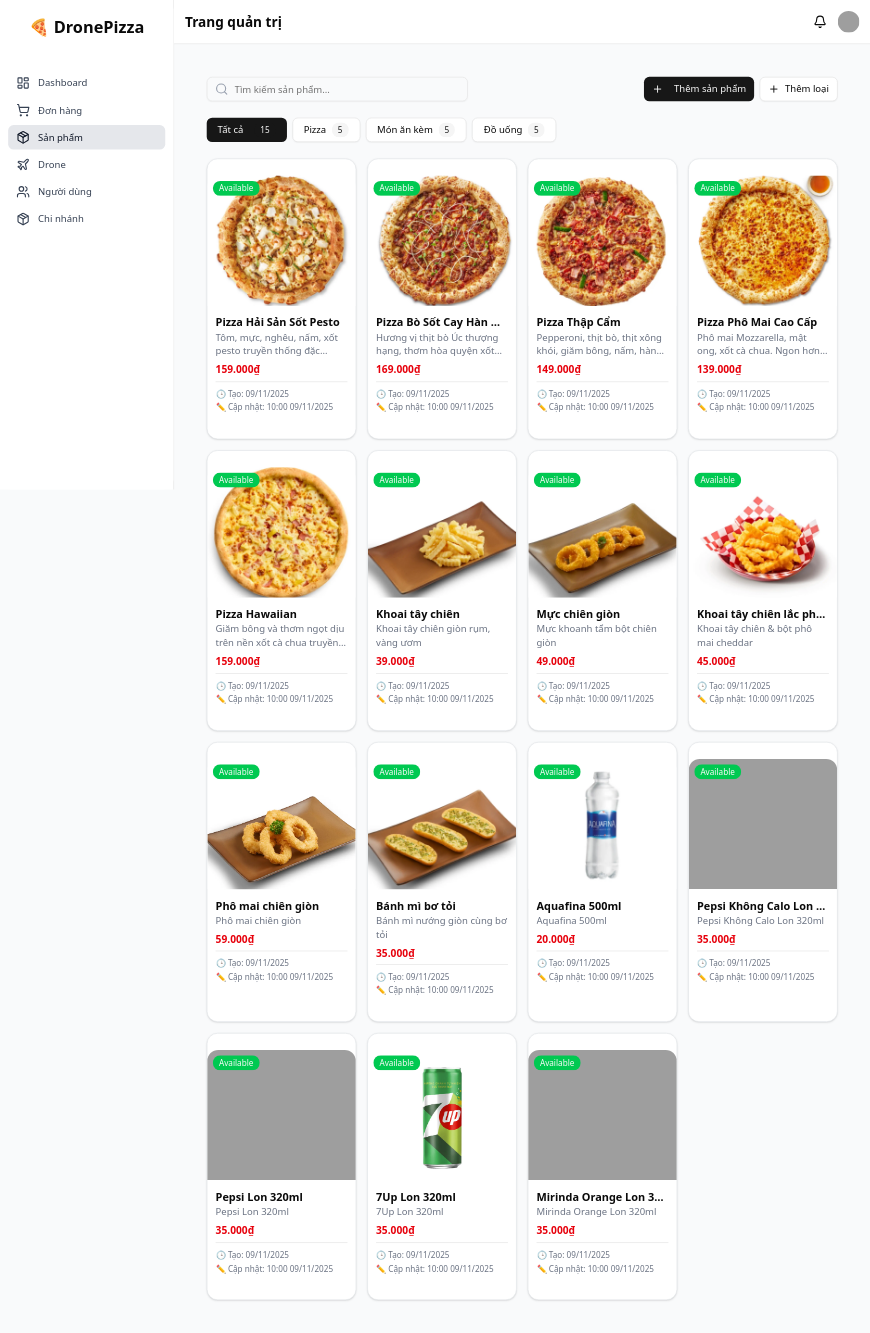
Repository: SkyWindd/project_fs
Page: /admin/products (app in web/)
The author's editor kept a copy of each file at every save. The page is drawn from the files as they stood at one save, then again after the next save.
The browser window is 1280 px wide. The pictures show the whole page, at 68% of full size.
Pictures or frames that could not be fetched are drawn as grey boxes. The page's requests for data from a server got no answer. Some web fonts or font styles are not loaded; a fallback is used. The project was rebuilt for these pictures with package versions that can differ from the ones it lists, and the page was loaded fresh each time. No one was signed in, and anything a server would have sent is missing. Also part of the build but not shown: web/vite.config.ts, web/src/hooks/useResponsive.ts, web/src/components/Location/MapPicker.tsx, web/src/components/Location/LocationSelector.tsx, web/src/components/Cart/CartItemCard.tsx, web/src/components/Cart/CartDrawer.tsx, web/src/components/Header/CartIcon.tsx, web/src/components/ui/dropdown-menu.tsx and 58 more. Imported but missing from the stored project, and not drawn on this page: web/src/components/ui/radio-group, web/src/components/ui/textarea.

Above is the page before, as saved 2025-12-08 03:47:19.

### web/src/main.tsx
import React from 'react'
import ReactDOM from 'react-dom/client'
import App from './App'
import './index.css'
import { CartProvider } from "./context/CartContext"
ReactDOM.createRoot(document.getElementById('root')!).render(
  <React.StrictMode>
      <CartProvider>
    <App />
    </CartProvider>
  </React.StrictMode>,
)

### web/src/App.tsx
import { RouterProvider } from "react-router-dom"
import { router } from "./router"
import { LocationProvider } from "./context/LocationContext"
import { Toaster } from "sonner"
import { AuthProvider } from "./context/AuthContext"
import { CategoryProvider } from "./context/CategoryContext"
import { MenuProvider } from "./context/MenuContext"
import { StoreProvider } from "./context/StoreContext"
import { StoreMenuProvider } from "./context/StoreMenuContext"
export default function App() {
  return (
    <>
      {/* Toast toàn app */}
      <Toaster
        position="top-center"
        richColors
        expand
        style={{ zIndex: 99999 }}
      />

      {/* ⭐ Bao toàn bộ Router bằng tất cả Provider cần thiết */}
      <AuthProvider>
        <LocationProvider>
          <CategoryProvider>
             <MenuProvider>
                <StoreProvider>
                  <StoreMenuProvider>
                  <RouterProvider router={router} />
                  </StoreMenuProvider>
                </StoreProvider>
             </MenuProvider>
          </CategoryProvider>
        </LocationProvider>
      </AuthProvider>
    </>
  )
}

### web/src/context/CategoryContext.tsx
import { createContext, useContext, useEffect, useState } from "react";
import type { ReactNode } from "react";
import { fetchCategories } from "../lib/api";

// 1️⃣ Định nghĩa kiểu Category từ DB
export interface Category {
  category_id: number;
  category_name: string;
}

// 2️⃣ Kiểu dữ liệu trong context
interface CategoryContextType {
  categories: Category[];
  loading: boolean;
}

// 3️⃣ Context với default value
const CategoryContext = createContext<CategoryContextType>({
  categories: [],
  loading: true,
});

// 4️⃣ Định nghĩa props provider
interface CategoryProviderProps {
  children: ReactNode;
}

export function CategoryProvider({ children }: CategoryProviderProps) {
  const [categories, setCategories] = useState<Category[]>([]);
  const [loading, setLoading] = useState(true);

  useEffect(() => {
    fetchCategories()
      .then((data) => {
        setCategories(data);      // ⭐ Data đã có đúng category_id, category_name
        setLoading(false);
      })
      .catch(() => {
        setCategories([]);
        setLoading(false);
      });
  }, []);

  return (
    <CategoryContext.Provider value={{ categories, loading }}>
      {children}
    </CategoryContext.Provider>
  );
}

// 5️⃣ Custom hook
export function useCategories() {
  return useContext(CategoryContext);
}

### web/src/context/MenuContext.tsx
import { createContext, useContext, useEffect, useState } from "react";
import type { ReactNode } from "react";
import { fetchMenuItems } from "../lib/api";

interface MenuContextType {
  menuItems: any[];
  loading: boolean;
}

const MenuContext = createContext<MenuContextType>({
  menuItems: [],
  loading: true,
});

interface MenuProviderProps {
  children: ReactNode;
}

export function MenuProvider({ children }: MenuProviderProps) {
  const [menuItems, setMenuItems] = useState<any[]>([]);
  const [loading, setLoading] = useState(true);

  useEffect(() => {
    fetchMenuItems().then((data) => {
      setMenuItems(data);
      setLoading(false);
    });
  }, []);

  return (
    <MenuContext.Provider value={{ menuItems, loading }}>
      {children}
    </MenuContext.Provider>
  );
}

export function useMenu() {
  return useContext(MenuContext);
}

### web/src/context/StoreMenuContext.tsx
import { createContext, useContext, useEffect, useState } from "react";
import { useStore } from "./StoreContext";
import { fetchStoreMenu } from "../lib/api";

interface StoreMenuContextType {
  storeMenu: any[];
  loading: boolean;
}

const StoreMenuContext = createContext<StoreMenuContextType>({
  storeMenu: [],
  loading: true,
});

interface StoreMenuProviderProps {
  children: React.ReactNode;
}

export function StoreMenuProvider({ children }: StoreMenuProviderProps) {
  const { selectedStore } = useStore();
  const [storeMenu, setStoreMenu] = useState<any[]>([]);
  const [loading, setLoading] = useState(false);

  useEffect(() => {
    if (!selectedStore) return;

    setLoading(true);

    fetchStoreMenu(selectedStore.store_id)
      .then((data) => setStoreMenu(data))
      .finally(() => setLoading(false));
  }, [selectedStore]);

  return (
    <StoreMenuContext.Provider value={{ storeMenu, loading }}>
      {children}
    </StoreMenuContext.Provider>
  );
}

export const useStoreMenu = () => useContext(StoreMenuContext);

### web/src/layout/AdminLayout.tsx
import React from "react";
import { Outlet } from "react-router-dom";
import { Bell } from "lucide-react";
import { Sidebar } from "../components/Admin/Sidebar";
import { Avatar, AvatarFallback, AvatarImage } from "../components/ui/avatar";

interface AdminLayoutProps {
  children?: React.ReactNode; // Cho phép truyền children khi không dùng Outlet
}

export default function AdminLayout({ children }: AdminLayoutProps) {
  return (
    <div className="flex min-h-screen bg-gray-50">
      {/* Sidebar */}
      <Sidebar />

      {/* Main content area */}
      <div className="flex-1 flex flex-col">
        {/* Header */}
        <header className="flex items-center justify-between bg-white border-b p-4">
          <h1 className="text-xl font-semibold">Trang quản trị</h1>

          <div className="flex items-center gap-4">
            <Bell className="w-5 h-5 cursor-pointer" />
            <Avatar>
              <AvatarImage src="https://randomuser.me/api/portraits/women/65.jpg" />
              <AvatarFallback>AD</AvatarFallback>
            </Avatar>
          </div>
        </header>

        {/* Page content */}
        <main className="flex-1 p-6">
          {/* Nếu dùng React Router => Outlet chạy */}
          <Outlet />

          {/* Nếu import AdminLayout như wrapper => children chạy */}
          {children}
        </main>
      </div>
    </div>
  );
}

### web/src/pages/Product.tsx
import { useEffect, useState } from "react";
import { Button } from "../components/ui/button";
import { Input } from "../components/ui/input";
import { Badge } from "../components/ui/badge";
import ProductCard from "../components/ProductAdmin/ProductCard";
import ProductDialog from "../components/ProductAdmin/ProductDialog";
import AddCategoryDialog from "../components/ProductAdmin/AddCategory"; // Đảm bảo import AddCategoryDialog

import { mockMenuItems, mockCategories } from "../../mock/mockData";
import type { MenuItem, Category } from "../../mock/mockData";

import { Plus, Search } from "lucide-react";

export default function Products() {
  // ===========================
  // STATE
  // ===========================
  const [items, setItems] = useState<MenuItem[]>(mockMenuItems);
  const [searchTerm, setSearchTerm] = useState<string>("");

  // 👉 categories có LocalStorage
  const [categories, setCategories] = useState<Category[]>(() => {
    const saved = localStorage.getItem("categories");
    return saved ? JSON.parse(saved) : mockCategories;
  });

  const [filter, setFilter] = useState<number | "all">("all");
  const [editingItem, setEditingItem] = useState<MenuItem | null>(null);
  const [isDialogOpen, setIsDialogOpen] = useState<boolean>(false);

  // Dialog thêm loại
  const [isCategoryDialogOpen, setIsCategoryDialogOpen] = useState<boolean>(false);

  // Lưu category vào localStorage khi thay đổi
  useEffect(() => {
    localStorage.setItem("categories", JSON.stringify(categories));
  }, [categories]);

  // ===========================
  // FILTER + SEARCH
  // ===========================
  const filtered = items.filter((i) => {
    const matchName = i.name.toLowerCase().includes(searchTerm.toLowerCase());
    const matchCategory = filter === "all" || i.category_id === filter;
    return matchName && matchCategory;
  });

  // Đếm từng loại
  const countByCategory = Object.fromEntries(
    categories.map((cat) => [
      cat.category_id,
      items.filter((i) => i.category_id === cat.category_id).length,
    ])
  );

  // ===========================
  // CRUD SẢN PHẨM
  // ===========================
  const handleAdd = (data: MenuItem) => {
    setItems([
      ...items,
      {
        ...data,
        item_id: Date.now(),
        created_at: new Date().toISOString(),
        updated_at: new Date().toISOString(),
      },
    ]);
  };

  const handleEdit = (updated: MenuItem) => {
    setItems(items.map((i) => (i.item_id === updated.item_id ? updated : i)));
  };

  const handleDelete = (id: number) => {
    setItems(items.filter((i) => i.item_id !== id));
  };

  const toggleVisible = (id: number) => {
    setItems(
      items.map((i) =>
        i.item_id === id ? { ...i, is_available: !i.is_available } : i
      )
    );
  };

  // ===========================
  // CRUD LOẠI SẢN PHẨM
  // ===========================
  const handleAddCategory = (cat: Category) => {
    setCategories([...categories, cat]);
  };

  // ===========================
  // RENDER
  // ===========================
  return (
    <div className="p-6">

      {/* =================== Thanh tìm kiếm + thêm =================== */}
      <div className="flex flex-col sm:flex-row justify-between items-center mb-6 gap-3">

        {/* Ô tìm kiếm */}
        <div className="relative w-full sm:max-w-sm">
          <Search className="absolute left-3 top-1/2 -translate-y-1/2 text-gray-400 w-5 h-5" />
          <Input
            placeholder="Tìm kiếm sản phẩm..."
            value={searchTerm}
            onChange={(e) => setSearchTerm(e.target.value)}
            className="pl-10 pr-4"
          />
        </div>

        {/* Nút thêm */}
        <div className="flex gap-2">
          <Button
            onClick={() => {
              setEditingItem(null);
              setIsDialogOpen(true);
            }}
          >
            <Plus className="h-4 w-4 mr-2" /> Thêm sản phẩm
          </Button>

          {/* Nút thêm loại */}
          <Button
            variant="outline"
            onClick={() => setIsCategoryDialogOpen(true)}
            className="flex items-center gap-2"
          >
            <Plus className="h-4 w-4" /> Thêm loại
          </Button>
        </div>
      </div>

      {/* =================== Bộ lọc loại =================== */}
      <div className="flex flex-wrap gap-2 mb-6">
        <Button
          variant={filter === "all" ? "default" : "outline"}
          onClick={() => setFilter("all")}
        >
          Tất cả
          <Badge className="ml-2">{items.length}</Badge>
        </Button>

        {categories.map((cat) => (
          <Button
            key={cat.category_id}
            variant={filter === cat.category_id ? "default" : "outline"}
            onClick={() => setFilter(cat.category_id)}
            className="flex items-center gap-2"
          >
            {cat.category_name}
            <Badge variant="secondary">
              {countByCategory[cat.category_id] ?? 0}
            </Badge>
          </Button>
        ))}
      </div>

      {/* =================== Lưới sản phẩm =================== */}
      <div className="grid grid-cols-1 sm:grid-cols-2 md:grid-cols-3 xl:grid-cols-4 gap-4">
        {filtered.map((item) => (
          <ProductCard
            key={item.item_id}
            item={item}
            onEdit={() => {
              setEditingItem(item);
              setIsDialogOpen(true);
            }}
            onDelete={() => handleDelete(item.item_id)}
            onToggleVisible={() => toggleVisible(item.item_id)}
          />
        ))}
      </div>

      {/* ... phần trên giữ nguyên */}

      <ProductDialog
        open={isDialogOpen}
        onOpenChange={setIsDialogOpen}
        item={editingItem}
        onSave={editingItem ? handleEdit : handleAdd}
        categories={categories} // Truyền đúng prop
        onOpenAddCategory={() => setIsCategoryDialogOpen(true)}
      />

      {/* =================== Dialog Thêm loại =================== */}
      <AddCategoryDialog
        open={isCategoryDialogOpen}
        onOpenChange={setIsCategoryDialogOpen}
        onSave={handleAddCategory}
      />

    </div>
  );
}

### web/src/components/ui/avatar.tsx
import * as React from "react"
import * as AvatarPrimitive from "@radix-ui/react-avatar"

import { cn } from "../../lib/utils"

function Avatar({
  className,
  ...props
}: React.ComponentProps<typeof AvatarPrimitive.Root>) {
  return (
    <AvatarPrimitive.Root
      data-slot="avatar"
      className={cn(
        "relative flex size-8 shrink-0 overflow-hidden rounded-full",
        className
      )}
      {...props}
    />
  )
}

function AvatarImage({
  className,
  ...props
}: React.ComponentProps<typeof AvatarPrimitive.Image>) {
  return (
    <AvatarPrimitive.Image
      data-slot="avatar-image"
      className={cn("aspect-square size-full", className)}
      {...props}
    />
  )
}

function AvatarFallback({
  className,
  ...props
}: React.ComponentProps<typeof AvatarPrimitive.Fallback>) {
  return (
    <AvatarPrimitive.Fallback
      data-slot="avatar-fallback"
      className={cn(
        "bg-muted flex size-full items-center justify-center rounded-full",
        className
      )}
      {...props}
    />
  )
}

export { Avatar, AvatarImage, AvatarFallback }

### web/src/components/ui/input.tsx
import * as React from "react"

import { cn } from "../../lib/utils"

function Input({ className, type, ...props }: React.ComponentProps<"input">) {
  return (
    <input
      type={type}
      data-slot="input"
      className={cn(
        "file:text-foreground placeholder:text-muted-foreground selection:bg-primary selection:text-primary-foreground dark:bg-input/30 border-input h-9 w-full min-w-0 rounded-md border bg-transparent px-3 py-1 text-base shadow-xs transition-[color,box-shadow] outline-none file:inline-flex file:h-7 file:border-0 file:bg-transparent file:text-sm file:font-medium disabled:pointer-events-none disabled:cursor-not-allowed disabled:opacity-50 md:text-sm",
        "focus-visible:border-ring focus-visible:ring-ring/50 focus-visible:ring-[3px]",
        "aria-invalid:ring-destructive/20 dark:aria-invalid:ring-destructive/40 aria-invalid:border-destructive",
        className
      )}
      {...props}
    />
  )
}

export { Input }

Loaded but not shown: web/index.html (common file); web/src/lib/utils.ts (common file); web/mock/mockData.ts (526 lines, source omitted); web/src/lib/api.ts (194 lines, source omitted); web/src/index.css (148 lines, source omitted); web/src/components/ui/dialog.tsx (141 lines, source omitted); web/src/components/ProductAdmin/ProductDialog.tsx (143 lines, source omitted); web/src/context/CartContext.tsx (153 lines, source omitted); web/src/context/LocationContext.tsx (124 lines, source omitted); web/src/components/ProductAdmin/ProductCard.tsx (105 lines, source omitted); web/src/context/StoreContext.tsx (90 lines, source omitted); web/src/components/ui/button.tsx (60 lines, source omitted); web/src/components/ui/card.tsx (92 lines, source omitted); web/src/components/Admin/Sidebar.tsx (49 lines, source omitted); web/src/context/AuthContext.tsx (74 lines, source omitted); web/src/components/ui/badge.tsx (51 lines, source omitted); web/src/components/ui/scroll-area.tsx (56 lines, source omitted); web/src/router/index.tsx (59 lines, source omitted)

After the next save:
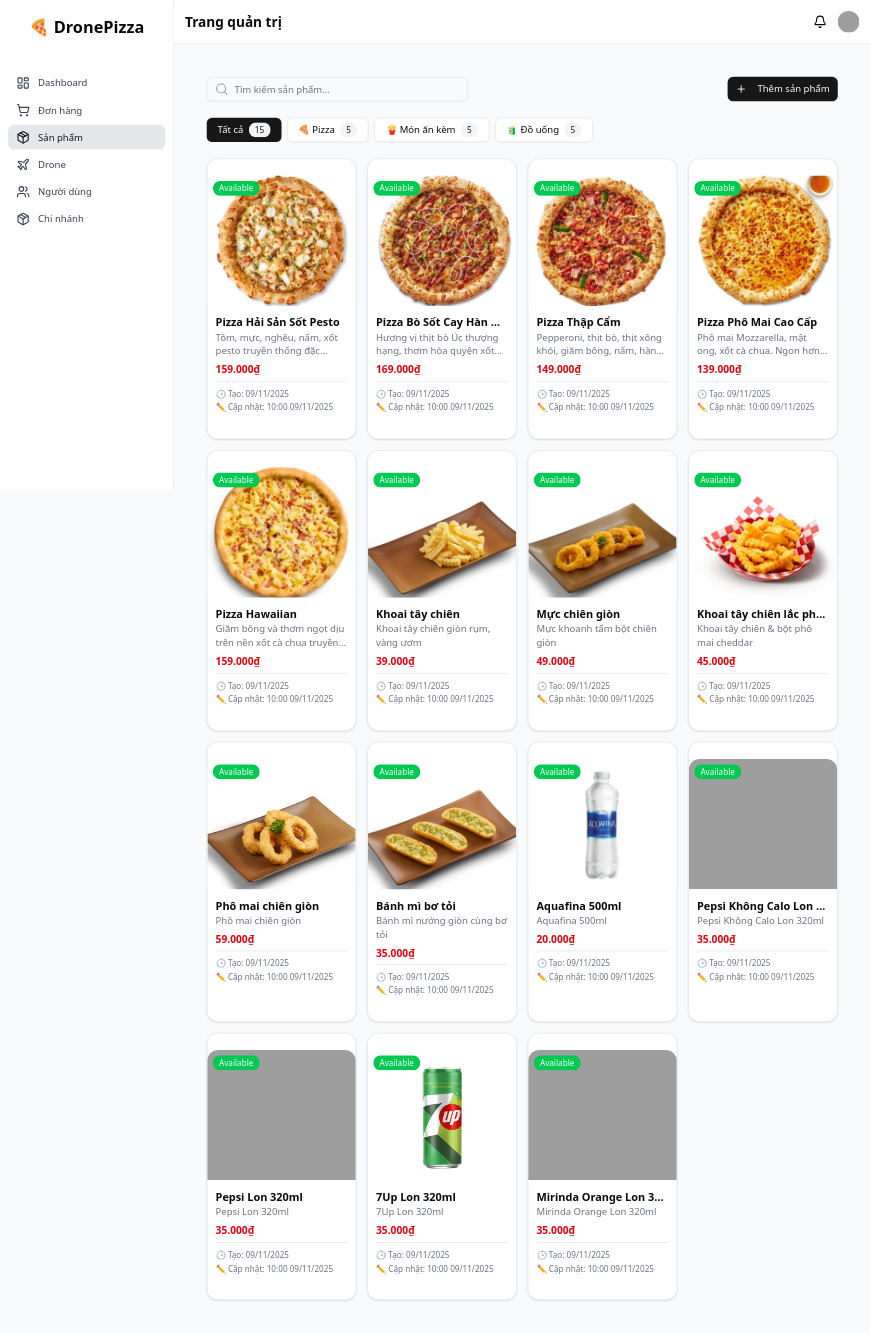
Saved 5 min 52 s later.
--- a/web/src/pages/Product.tsx
+++ b/web/src/pages/Product.tsx
@@ -1,61 +1,36 @@
-import { useEffect, useState } from "react";
+"use client";
+import { useState } from "react";
 import { Button } from "../components/ui/button";
 import { Input } from "../components/ui/input";
 import { Badge } from "../components/ui/badge";
 import ProductCard from "../components/ProductAdmin/ProductCard";
 import ProductDialog from "../components/ProductAdmin/ProductDialog";
-import AddCategoryDialog from "../components/ProductAdmin/AddCategory"; // Đảm bảo import AddCategoryDialog
-
-import { mockMenuItems, mockCategories } from "../../mock/mockData";
-import type { MenuItem, Category } from "../../mock/mockData";
-
+import { mockMenuItems } from "../../mock/mockData";
+import type { MenuItem } from "../../mock/mockData";
 import { Plus, Search } from "lucide-react";
 
 export default function Products() {
-  // ===========================
-  // STATE
-  // ===========================
   const [items, setItems] = useState<MenuItem[]>(mockMenuItems);
   const [searchTerm, setSearchTerm] = useState<string>("");
-
-  // 👉 categories có LocalStorage
-  const [categories, setCategories] = useState<Category[]>(() => {
-    const saved = localStorage.getItem("categories");
-    return saved ? JSON.parse(saved) : mockCategories;
-  });
-
   const [filter, setFilter] = useState<number | "all">("all");
   const [editingItem, setEditingItem] = useState<MenuItem | null>(null);
   const [isDialogOpen, setIsDialogOpen] = useState<boolean>(false);
 
-  // Dialog thêm loại
-  const [isCategoryDialogOpen, setIsCategoryDialogOpen] = useState<boolean>(false);
-
-  // Lưu category vào localStorage khi thay đổi
-  useEffect(() => {
-    localStorage.setItem("categories", JSON.stringify(categories));
-  }, [categories]);
-
-  // ===========================
-  // FILTER + SEARCH
-  // ===========================
+  // 🔍 Tìm kiếm + lọc theo loại
   const filtered = items.filter((i) => {
     const matchName = i.name.toLowerCase().includes(searchTerm.toLowerCase());
     const matchCategory = filter === "all" || i.category_id === filter;
     return matchName && matchCategory;
   });
 
-  // Đếm từng loại
-  const countByCategory = Object.fromEntries(
-    categories.map((cat) => [
-      cat.category_id,
-      items.filter((i) => i.category_id === cat.category_id).length,
-    ])
-  );
+  // Đếm số lượng từng loại
+  const countByCategory = {
+    1: items.filter((i) => i.category_id === 1).length,
+    2: items.filter((i) => i.category_id === 2).length,
+    3: items.filter((i) => i.category_id === 3).length,
+  };
 
-  // ===========================
-  // CRUD SẢN PHẨM
-  // ===========================
+  // ➕ Thêm sản phẩm
   const handleAdd = (data: MenuItem) => {
     setItems([
       ...items,
@@ -68,14 +43,17 @@
     ]);
   };
 
+  // ✏️ Sửa sản phẩm
   const handleEdit = (updated: MenuItem) => {
     setItems(items.map((i) => (i.item_id === updated.item_id ? updated : i)));
   };
 
+  // 🗑️ Xóa sản phẩm
   const handleDelete = (id: number) => {
     setItems(items.filter((i) => i.item_id !== id));
   };
 
+  // 👁️ Ẩn / Hiện sản phẩm
   const toggleVisible = (id: number) => {
     setItems(
       items.map((i) =>
@@ -84,23 +62,10 @@
     );
   };
 
-  // ===========================
-  // CRUD LOẠI SẢN PHẨM
-  // ===========================
-  const handleAddCategory = (cat: Category) => {
-    setCategories([...categories, cat]);
-  };
-
-  // ===========================
-  // RENDER
-  // ===========================
   return (
     <div className="p-6">
-
-      {/* =================== Thanh tìm kiếm + thêm =================== */}
+      {/* Thanh tìm kiếm + nút thêm */}
       <div className="flex flex-col sm:flex-row justify-between items-center mb-6 gap-3">
-
-        {/* Ô tìm kiếm */}
         <div className="relative w-full sm:max-w-sm">
           <Search className="absolute left-3 top-1/2 -translate-y-1/2 text-gray-400 w-5 h-5" />
           <Input
@@ -111,54 +76,42 @@
           />
         </div>
 
-        {/* Nút thêm */}
-        <div className="flex gap-2">
+        <Button
+          onClick={() => {
+            setEditingItem(null);
+            setIsDialogOpen(true);
+          }}
+        >
+          <Plus className="h-4 w-4 mr-2" /> Thêm sản phẩm
+        </Button>
+      </div>
+
+      {/* Bộ lọc loại sản phẩm */}
+      <div className="flex flex-wrap gap-2 mb-6">
+        {[
+          { id: "all", label: "Tất cả", count: items.length },
+          { id: 1, label: "🍕 Pizza", count: countByCategory[1] },
+          { id: 2, label: "🍟 Món ăn kèm", count: countByCategory[2] },
+          { id: 3, label: "🧃 Đồ uống", count: countByCategory[3] },
+        ].map((cat) => (
           <Button
-            onClick={() => {
-              setEditingItem(null);
-              setIsDialogOpen(true);
-            }}
-          >
-            <Plus className="h-4 w-4 mr-2" /> Thêm sản phẩm
-          </Button>
-
-          {/* Nút thêm loại */}
-          <Button
-            variant="outline"
-            onClick={() => setIsCategoryDialogOpen(true)}
+            key={cat.id}
+            variant={filter === cat.id ? "default" : "outline"}
+            onClick={() => setFilter(cat.id as number | "all")}
             className="flex items-center gap-2"
           >
-            <Plus className="h-4 w-4" /> Thêm loại
-          </Button>
-        </div>
-      </div>
-
-      {/* =================== Bộ lọc loại =================== */}
-      <div className="flex flex-wrap gap-2 mb-6">
-        <Button
-          variant={filter === "all" ? "default" : "outline"}
-          onClick={() => setFilter("all")}
-        >
-          Tất cả
-          <Badge className="ml-2">{items.length}</Badge>
-        </Button>
-
-        {categories.map((cat) => (
-          <Button
-            key={cat.category_id}
-            variant={filter === cat.category_id ? "default" : "outline"}
-            onClick={() => setFilter(cat.category_id)}
-            className="flex items-center gap-2"
-          >
-            {cat.category_name}
-            <Badge variant="secondary">
-              {countByCategory[cat.category_id] ?? 0}
+            {cat.label}
+            <Badge
+              variant="secondary"
+              className="text-xs px-2 py-0.5 bg-gray-100"
+            >
+              {cat.count}
             </Badge>
           </Button>
         ))}
       </div>
 
-      {/* =================== Lưới sản phẩm =================== */}
+      {/* Lưới sản phẩm */}
       <div className="grid grid-cols-1 sm:grid-cols-2 md:grid-cols-3 xl:grid-cols-4 gap-4">
         {filtered.map((item) => (
           <ProductCard
@@ -174,24 +127,13 @@
         ))}
       </div>
 
-      {/* ... phần trên giữ nguyên */}
-
+      {/* Dialog thêm/sửa */}
       <ProductDialog
         open={isDialogOpen}
         onOpenChange={setIsDialogOpen}
         item={editingItem}
         onSave={editingItem ? handleEdit : handleAdd}
-        categories={categories} // Truyền đúng prop
-        onOpenAddCategory={() => setIsCategoryDialogOpen(true)}
       />
-
-      {/* =================== Dialog Thêm loại =================== */}
-      <AddCategoryDialog
-        open={isCategoryDialogOpen}
-        onOpenChange={setIsCategoryDialogOpen}
-        onSave={handleAddCategory}
-      />
-
     </div>
   );
 }
